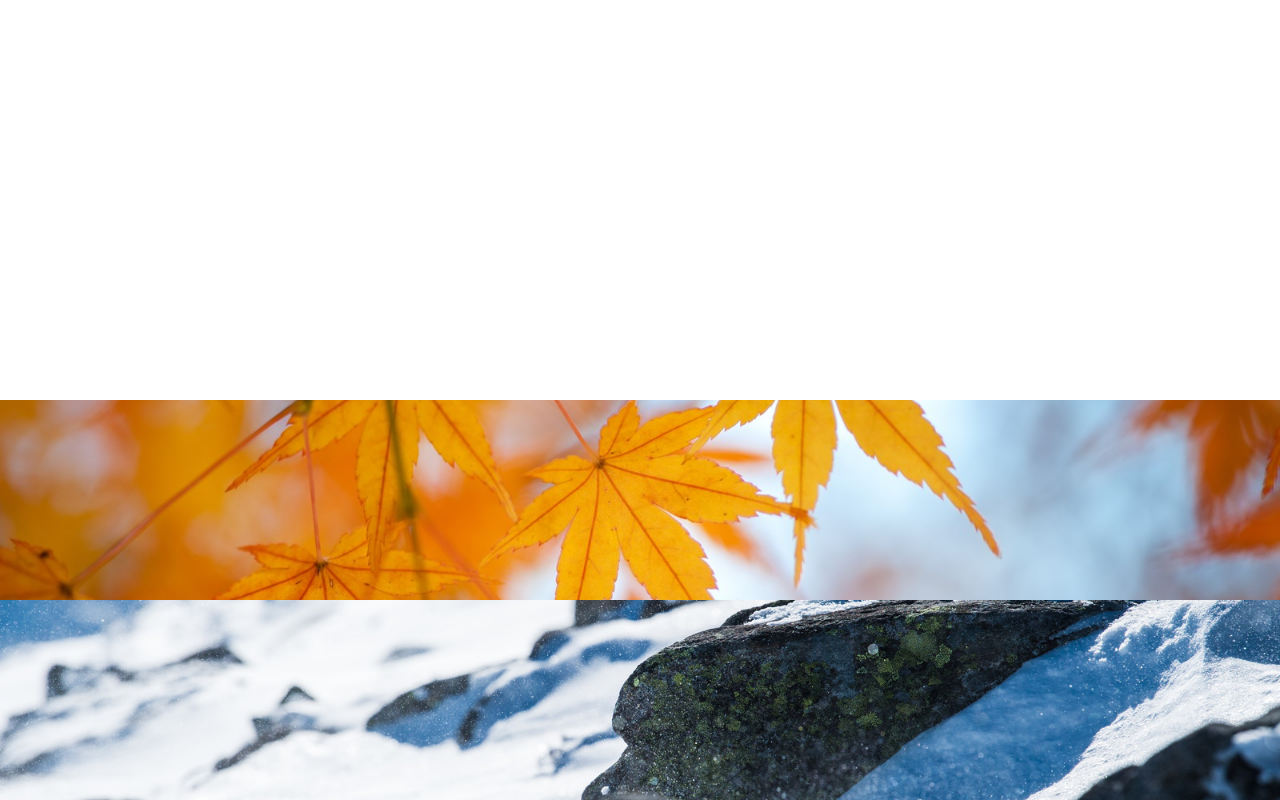
Repository: 39506KK/ALL
Page: caravan/chapter6.html
The author's editor kept a record of every edit. The page is drawn from the files as they stood at one moment, then again after the next edit.
The browser window is 1280 px wide. The pictures show the whole page.

Above is the page before.

After the next edit:
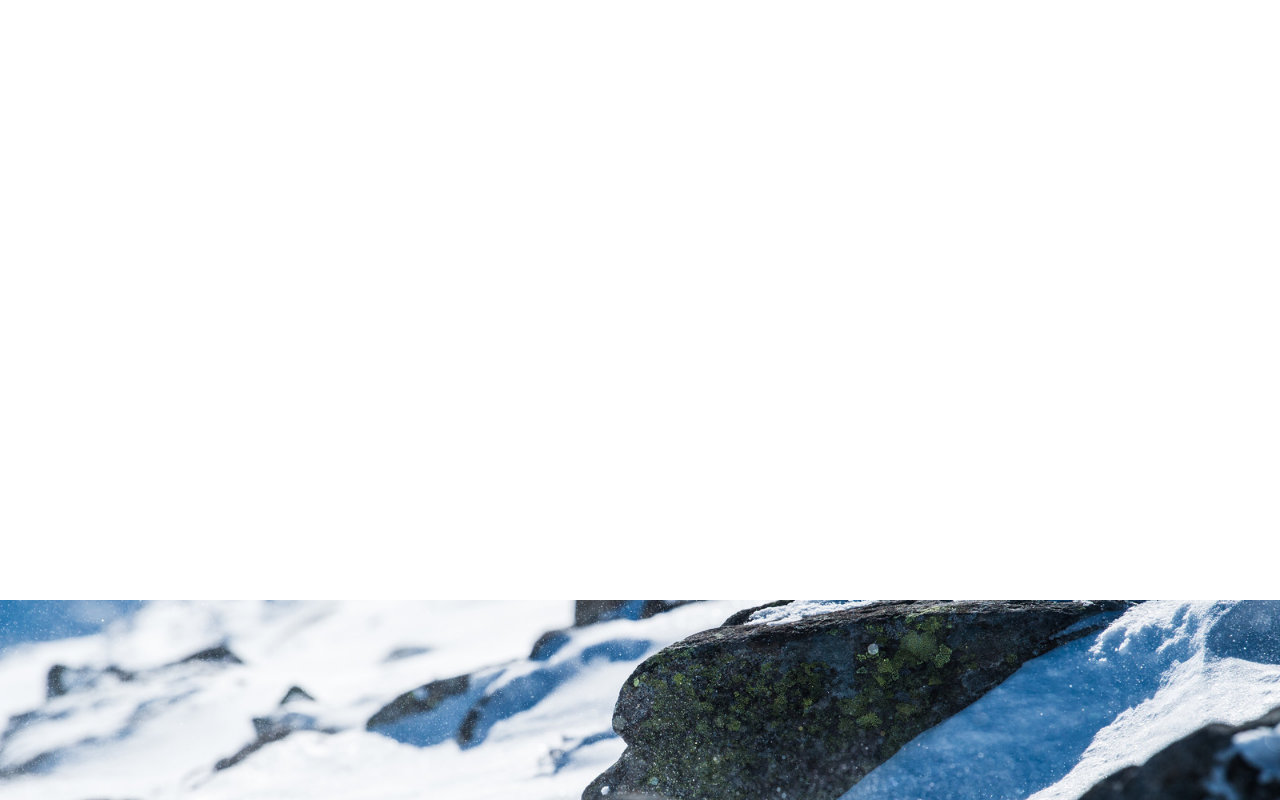
The edit:
--- a/caravan/chapter6.css
+++ b/caravan/chapter6.css
@@ -20,7 +20,7 @@
 
 .box3 {
   height: 200px;
-  background-image: url(img/box3.jpg);
+  background-image: url(img(chapter6)/box3.jpg);
   background-size: cover;
   background-position: center;
 }
